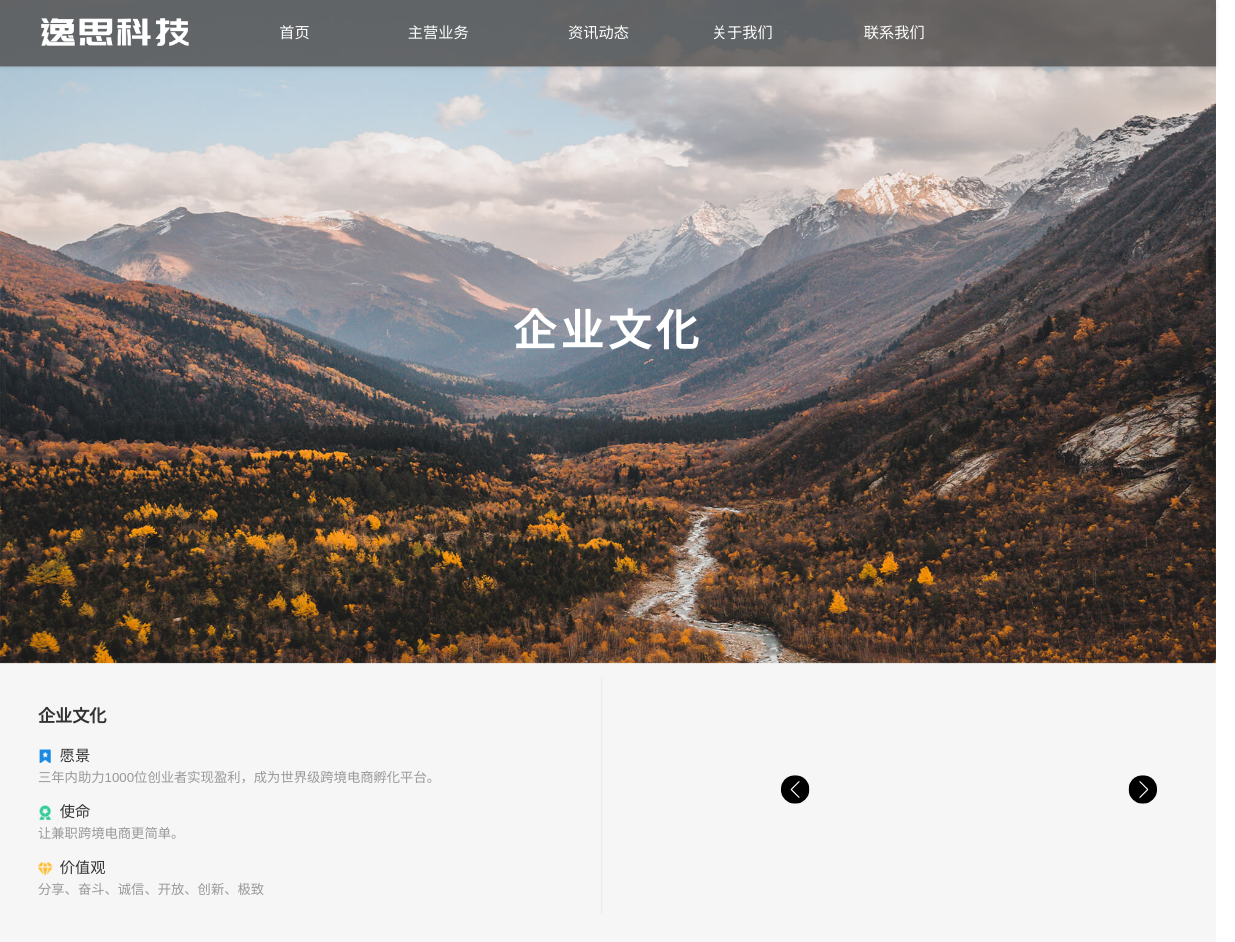
Repository: masterzhang/ztn
Page: brief3.html
An editor plug-in stored every save of this project. The page is shown before and after the next save, followed by the edit.
The browser window is 1280 px wide. The page is 1300 px wide, so the pictures cover 1300 px, including what lies to the right of the window. The pictures show the part of the page from y = 0 to 992 px (the page is 1866 px tall before and 1916 px after), at 95% of full size.
Pictures or frames that could not be fetched are drawn as grey boxes.

Above is the page before, as saved 2021-11-25 15:38:50.
Console error: TypeError: Cannot read properties of undefined (reading 'top')
Not found: 企业文化-全球跨境电商基础设施服务商_files/db6122a6ebe279051ddbcbc2a69cfa87.png

### brief3.html
<!DOCTYPE html
  PUBLIC "-//W3C//DTD XHTML 1.0 Transitional//EN" "http://www.w3.org/TR/xhtml1/DTD/xhtml1-transitional.dtd">
<!-- saved from url=(0032)https://www.ztn.com/culture.html -->
<html xmlns="http://www.w3.org/1999/xhtml">

<head>
  <meta http-equiv="Content-Type" content="text/html; charset=UTF-8">


  <meta http-equiv="X-UA-Compatible" content="IE=edge,chrome=1">
  <meta name="viewport"
    content="width=device-width, user-scalable=yes, initial-scale=0.2, maximum-scale=1.0, minimum-scale=0.2">
  <title>逸思科技-跨境电商孵化平台</title>
  <link href="/css/favicon.ico" rel="shortcut icon">
  <link rel="stylesheet" type="text/css" href="/css/settings.css">
  <link rel="stylesheet" type="text/css" href="/css/responsive.css">
  <link rel="stylesheet" href="/css/korbin.css">
  <script type="text/javascript" src="/js/jquery-3.6.0.min.js"></script>
</head>

<body>

  <div class="head">
    <div class="logo">
      <h1 style="margin-left: 20px;">
        <img src="/self/images2/logo.png" alt="">
      </h1>
    </div>
    <div class="nav">
      <ul>
        <li> <a class="cnh " href="/"> 首页 </a> </li>
        <li> <a class="cnh  arr " href="javascript:void(0);"> 主营业务 </a>
          <div class="sub">
            <a href="/oversea.html"> 业务模式</a>
          </div>
        </li>
        <li> <a class="cnh" href="/news.html"> 资讯动态 </a>
        </li>
        <li> <a class="cnh  arr " href="javascript:void(0);"> 关于我们 </a>
          <div class="sub">
            <a href="/brief2.html"> 企业介绍</a>
            <a href="/brief.html"> 企业发展</a>
            <a href="/culture.html"> 企业地图</a>
            <a href="/brief3.html"> 企业文化</a>
          </div>
        </li>
        <li> <a class="cnh arr" href="/contact.html"> 联系我们 </a>
          <div class="sub">
            <a href="/jobs.html"> 加入我们</a>
            <a href="/contact.html"> 联系我们</a>
          </div>
        </li>
      </ul>
    </div>
  </div>

  <link rel="stylesheet" type="text/css" href="/css/swiper.min.css">

  <div class="PageMain" style="background: #f6f6f6;">
    <div class="bannerInpicx juzhong">
      <img style="width: 100%;" src="/self/images2/企业文化顶图.jpg">
      <p class="ztculture">企业文化</p>
    </div>
    <div class="pagemian">
      <div class="pagemian_swiper">
        <div class="pagemian_swiper_left">
          <h3 class="culture_title">企业文化</h3>
          <div class="culture_line">
            <p class="cultureTilte"><img src="/images/58065b8d337ec5f1d0058ac9f7bae79c.png"> 愿景</p>
            <p class="cultureJie">三年内助力1000位创业者实现盈利，成为世界级跨境电商孵化平台。</p>
          </div>
          <div class="culture_line">
            <p class="cultureTilte"><img src="/images/d44f9d1443049c06d1db48b1de49cf1c.png"> 使命</p>
            <p class="cultureJie">让兼职跨境电商更简单。</p>
          </div>
          <div class="culture_line">
            <p class="cultureTilte"><img src="/images/1cdfa37ff9de252cab676b4e3ab49286.png"> 价值观</p>
            <p class="cultureJie">分享、奋斗、诚信、开放、创新、极致</p>
          </div>

        </div>
        <div class="pagemian_swiper_right">
          <div class="runbobox">
            <div class="swiper-container swiper-container-horizontal" style="width: 100%;height: 100%;">
              <div class="swiper-wrapper" style="transition-duration: 0ms; transform: translate3d(-832px, 0px, 0px);">
                <div class="swiper-slide swiper-slide-duplicate" data-swiper-slide-index="3" style="width: 416px;">
                  <div class="swiperImg"><img style="width: 100%;"
                      src="./企业文化-全球跨境电商基础设施服务商_files/db6122a6ebe279051ddbcbc2a69cfa87.png"></div>
                  <p class="swiper_cur_tltie">共赢</p>
                  <p class="swiper_cur_notice">相互成就 互信合作 共生共长</p>
                </div>
              </div>

              <!-- 如果需要导航按钮 -->
              <div class="swiper-button-prev" tabindex="0" role="button" aria-label="Previous slide"></div>
              <div class="swiper-button-next" tabindex="0" role="button" aria-label="Next slide"></div>
              <span class="swiper-notification" aria-live="assertive" aria-atomic="true"></span>
            </div>
          </div>
        </div>
      </div>
    </div>

    <div class="cultureClassifica">
      <div class="cultureClassifica_first">
        <div class="cultureClassifica_first_left"
          style="background: url(&#39;/upload/banner/20210730/3f0fda0d31df53f7d490ee0798418f20.png&#39;) no-repeat;background-size: 100% 100%;">

          <p class="cultureClassificaTitle">价值观代言人</p>
          <div class="cultureDetailebox">
            <div class="cultureDetaile">
              <p>价值观代言人</p>
              <p>TA们是集团核心价值观的代言人，带领多位宝藏纵腾人成团出道，让文化接棒，践行核心价值观！让价值闪耀，凝聚纵人精气神！</p>
            </div>
          </div>

        </div>
        <div class="cultureClassifica_first_right"
          style="background: url(&#39;/upload/banner/20210730/8bacadef94ca0032fbed712d2b4fc857.png&#39;) no-repeat;background-size: 100% 100%;">
          <p class="cultureClassificaTitle">宝藏纵腾人</p>
          <div class="cultureDetailebox">
            <div class="cultureDetaile">
              <p>宝藏纵腾人</p>
              <p>TA们是践行集团核心价值观的标杆榜样，是价值观的具象表现，是看得见摸得着的价值载体，如同宝藏，闪耀纵腾。 </p>
            </div>
          </div>
        </div>
      </div>
      <div class="cultureClassifica_seceond">
        <div class="cultureClassifica_seceond_right"
          style="width: 100%;background: url(&#39;/upload/banner/20210730/4e8b6aaff991442b1dc90254697e5b07.png&#39;) no-repeat;background-size: 100% 100%;">
          <p class="cultureClassificaTitle">文化周边</p>
          <div class="cultureDetailebox">
            <div class="cultureDetaile">
              <p>文化周边</p>
              <p>文化周边产品是纵腾企业文化的别样体现，带有潮流文化的态度与理念，围绕纵腾文化精心打造了价值观文化衫、帆布袋、员工笔记本、员工便利贴等产品，展现纵腾文化力。</p>
            </div>
          </div>
        </div>
      </div>

      <div class="cultureClassifica_three">
        <div class="cultureClassifica_first_right yuangongGuanhuai"
          style="background: url(&#39;/upload/banner/20210730/6ef6c43417532fb5c79c0cdc8f4ac51c.png&#39;) no-repeat;background-size: 100% 100%;">
          <p class="cultureClassificaTitle">员工关怀</p>
          <div class="cultureDetailebox">
            <div class="cultureDetaile">
              <p>员工关怀</p>
              <p>趣味十足且具备仪式感的员工关怀活动，提升员工对集团的归属感及认同感，增强集团凝聚力，促进企业文化健康发展。</p>
            </div>
          </div>
        </div>
        <div class="cultureClassifica_first_left ballYuangong"
          style="background: url(&#39;/upload/banner/20210730/da8fa69e2b4f1c408cf37126f9adbadb.png&#39;) no-repeat;background-size: 100% 100%;">
          <p class="cultureClassificaTitle">员工俱乐部</p>
          <div class="cultureDetailebox">
            <div class="cultureDetaile">
              <p>员工俱乐部</p>
              <p>关爱员工身心健康，丰富业余文化生活，篮球俱乐部、羽毛球俱乐部、乒乓球俱乐部、桌球俱乐部、电竞俱乐部、桌游俱乐部，一应俱全，让员工生活充满小惊喜。</p>
            </div>
          </div>
        </div>
      </div>
    </div>

  </div>

  <script src="/js/swiper.min.js"></script>
  <!-- 数字滚动 -->
  <script type="text/javascript" src="/js/TweenLite.min.js"></script>
  <script type="text/javascript" src="/js/lem_counter.js"></script>

  <script type="text/javascript">
    $(function () {
      //窗口显示才加载
      var wrapTop = $(".digital").offset().top;
      var istrue = true;
      $(window).on("scroll",
        function () {
          var s = $(window).scrollTop();
          if (s > wrapTop - 600 && istrue) {
            $('.counter-numb').lemCounter();
            istrue = false;
          };
        });

    })
  </script>
  <script type="text/javascript">
    var mySwiper = new Swiper('.swiper-container', {
      autoplay: true,
      disableOnInteraction: false,
      autoplayDisableOnInteraction: false,//这个加了没啥用
      on: {
        slideChangeTransitionEnd: function () {
          this.autoplay.start();//就加这个玩意儿
        },
      },
      //direction: 'vertical', // 垂直切换选项
      loop: true, // 循环模式选项
      // 如果需要前进后退按钮
      navigation: {
        nextEl: '.swiper-button-next',
        prevEl: '.swiper-button-prev',
      },
      // 如果需要滚动条
    })
  </script>


  <div class="footer" style="clear: both">
    <div class="wrapperKn" style="width: 1300px;">
      <div class="foot_nav">
        <div class="box footlogo" style="align-items: flex-start;">
          <img src="/self/images2/logo.png" alt="">
        </div>
        <div class="box">
          <h3>首页</h3>
          <ul class="list">
            <li><a href="https://www.ztn.com/oversea.html">业务模式</a></li>
          </ul>
        </div>
        <div class="box">
          <h3>主营业务</h3>
          <ul class="list">
            <li><a href="https://www.ztn.com/oversea.html">业务模式</a></li>
          </ul>
        </div>
        <div class="box">
          <h3>咨询动态</h3>
        </div>
        <div class="box">
          <h3>关于我们</h3>
          <ul class="list">
            <li><a href="https://www.goodcang.com/" target="_blank">企业介绍</a></li>
            <li><a href="https://www.yunexpress.cn/" target="_blank">企业发展</a></li>
            <li><a href="https://www.gotenchina.com/" target="_blank">企业地图</a></li>
            <li><a href="https://www.miworldtech.com/">企业文化</a></li>
          </ul>
        </div>
        <div class="box">
          <h3>联系我们</h3>
          <ul class="list">
            <li><a href="https://www.goodcang.com/" target="_blank">联系我们</a></li>
            <li><a href="https://www.yunexpress.cn/" target="_blank">加入我们</a></li>
          </ul>
        </div>
        <div class="box qrcodebox" style="width: auto;">
          <div class="qrcode">
            <h5>微信公众号</h5>
            <img src="/self/images2/qrcode.jpg" alt="" width="150px">
          </div>
        </div>
      </div>
    </div>
  </div>

  <script type="text/javascript" src="/js/korbin.js"></script>

  <div>
    <div
      style="display: none; position: fixed; top: 30px; width: auto; max-width: 100%; text-align: center; left: 50%; transform: translateX(-50%); z-index: 99999999;">
      <div
        style="display: inline-block; font-size: 14px; font-weight: bold; border: 1px solid rgb(240, 195, 109); background-color: rgb(249, 237, 190); padding: 0px 10px; border-radius: 2px; box-shadow: rgba(0, 0, 0, 0.2) 0px 2px 4px;">
      </div>
    </div>
  </div>
</body>

</html>

### js/lem_counter.js
/******/ (function(modules) { // webpackBootstrap
/******/ 	// The module cache
/******/ 	var installedModules = {};
/******/
/******/ 	// The require function
/******/ 	function __webpack_require__(moduleId) {
/******/
/******/ 		// Check if module is in cache
/******/ 		if(installedModules[moduleId]) {
/******/ 			return installedModules[moduleId].exports;
/******/ 		}
/******/ 		// Create a new module (and put it into the cache)
/******/ 		var module = installedModules[moduleId] = {
/******/ 			i: moduleId,
/******/ 			l: false,
/******/ 			exports: {}
/******/ 		};
/******/
/******/ 		// Execute the module function
/******/ 		modules[moduleId].call(module.exports, module, module.exports, __webpack_require__);
/******/
/******/ 		// Flag the module as loaded
/******/ 		module.l = true;
/******/
/******/ 		// Return the exports of the module
/******/ 		return module.exports;
/******/ 	}
/******/
/******/
/******/ 	// expose the modules object (__webpack_modules__)
/******/ 	__webpack_require__.m = modules;
/******/
/******/ 	// expose the module cache
/******/ 	__webpack_require__.c = installedModules;
/******/
/******/ 	// define getter function for harmony exports
/******/ 	__webpack_require__.d = function(exports, name, getter) {
/******/ 		if(!__webpack_require__.o(exports, name)) {
/******/ 			Object.defineProperty(exports, name, {
/******/ 				configurable: false,
/******/ 				enumerable: true,
/******/ 				get: getter
/******/ 			});
/******/ 		}
/******/ 	};
/******/
/******/ 	// getDefaultExport function for compatibility with non-harmony modules
/******/ 	__webpack_require__.n = function(module) {
/******/ 		var getter = module && module.__esModule ?
/******/ 			function getDefault() { return module['default']; } :
/******/ 			function getModuleExports() { return module; };
/******/ 		__webpack_require__.d(getter, 'a', getter);
/******/ 		return getter;
/******/ 	};
/******/
/******/ 	// Object.prototype.hasOwnProperty.call
/******/ 	__webpack_require__.o = function(object, property) { return Object.prototype.hasOwnProperty.call(object, property); };
/******/
/******/ 	// __webpack_public_path__
/******/ 	__webpack_require__.p = "";
/******/
/******/ 	// Load entry module and return exports
/******/ 	return __webpack_require__(__webpack_require__.s = 0);
/******/ })
/************************************************************************/
/******/ ([
/* 0 */
/***/ (function(module, exports, __webpack_require__) {

"use strict";
/*
 Version: 1.0.0
 Author: lemehovskiy
 Website: http://lemehovskiy.github.io
 Repo: https://github.com/lemehovskiy/lem_counter
 */



var _typeof = typeof Symbol === "function" && typeof Symbol.iterator === "symbol" ? function (obj) { return typeof obj; } : function (obj) { return obj && typeof Symbol === "function" && obj.constructor === Symbol && obj !== Symbol.prototype ? "symbol" : typeof obj; };

var _createClass = function () { function defineProperties(target, props) { for (var i = 0; i < props.length; i++) { var descriptor = props[i]; descriptor.enumerable = descriptor.enumerable || false; descriptor.configurable = true; if ("value" in descriptor) descriptor.writable = true; Object.defineProperty(target, descriptor.key, descriptor); } } return function (Constructor, protoProps, staticProps) { if (protoProps) defineProperties(Constructor.prototype, protoProps); if (staticProps) defineProperties(Constructor, staticProps); return Constructor; }; }();

function _classCallCheck(instance, Constructor) { if (!(instance instanceof Constructor)) { throw new TypeError("Cannot call a class as a function"); } }

(function ($) {
    var LemCounter = function () {
        function LemCounter(element, options) {
            _classCallCheck(this, LemCounter);

            var self = this;

            //extend by function call
            self.settings = $.extend(true, {
                value_from: 0,
                value_to: 0,
                locale: false,
                value_to_from_content: false,
                animate_duration: 2
            }, options);

            self.$element = $(element);

            self.to_fixed_digits = 0;

            //extend by data options
            self.data_options = self.$element.data('lem-counter');
            self.settings = $.extend(true, self.settings, self.data_options);

            //value to from content
            if (self.settings.value_to_from_content) {
                //check if number and remove commas
                if (!isNaN(self.$element.text().replace(/,/g, ''))) {
                    self.settings = $.extend(true, self.settings, {
                        value_to: Number(self.$element.text().replace(/,/g, ''))
                    });
                }
            }

            //set start value
            self.counter_helper = { val: self.settings.value_from };

            self.init();
        }

        _createClass(LemCounter, [{
            key: 'init',
            value: function init() {

                var self = this;

                var counter_to = self.settings.value_to;

                //check if number is float
                if (isFloat(counter_to)) {
                    var string_counter_val_to = counter_to.toString();

                    self.to_fixed_digits = string_counter_val_to.substr(string_counter_val_to.indexOf('.') + 1).length;
                }

                TweenLite.to(self.counter_helper, self.settings.animate_duration, {
                    val: counter_to,
                    onUpdate: updateHandler,
                    ease: Linear.easeNone,
                    onComplete: function onComplete() {
                        self.$element.trigger('onComplete.lc');
                    }
                });

                function isFloat(n) {
                    return Number(n) === n && n % 1 !== 0;
                }

                function updateHandler() {
                    var value = self.counter_helper.val;

                    var num = value.toFixed(self.to_fixed_digits);

                    var num_locale = 0;

                    if (self.to_fixed_digits == 0) {
                        num_locale = parseInt(num);
                    } else {
                        num_locale = parseFloat(num);
                    }

                    if (self.settings.locale) {
                        num_locale = num_locale.toLocaleString(self.settings.locale, { maximumFractionDigits: self.to_fixed_digits });
                    }

                    self.$element.text(num_locale);
                }
            }
        }]);

        return LemCounter;
    }();

    $.fn.lemCounter = function () {
        var $this = this,
            opt = arguments[0],
            args = Array.prototype.slice.call(arguments, 1),
            length = $this.length,
            i = void 0,
            ret = void 0;
        for (i = 0; i < length; i++) {
            if ((typeof opt === 'undefined' ? 'undefined' : _typeof(opt)) == 'object' || typeof opt == 'undefined') $this[i].lem_counter = new LemCounter($this[i], opt);else ret = $this[i].lem_counter[opt].apply($this[i].lem_counter, args);
            if (typeof ret != 'undefined') return ret;
        }
        return $this;
    };
})(jQuery);

/***/ })
/******/ ]);

### js/korbin.js
/**
 *
 * @authors Korbin 280674094@qq.com
 * @date    2019-04-24 17:04:26
 * @version $Id$
 */

$(function(){

	$(".coordinate-item").hover(function(){
		$(this).find(".city-name").stop().animate({bottom:'40px',opacity:'0'},260,function(){
			$(this).hide();
		});
		$(this).find(".warehouse-detail").show().stop().animate({bottom:'26px',opacity:'1'},200);
	},function(){
		$(this).find(".warehouse-detail").stop().animate({bottom:'50px',opacity:'0'},200,function(){
			$(this).hide();
		});
		$(this).find(".city-name").show().stop().animate({bottom:'26px',opacity:'1'},260);
	});

	$(".coordinate-item").hover(function(){
		$(this).find(".warehouse_dright").show().stop().animate({left:'22px',opacity:'1'},200);
	},function(){
		$(this).find(".warehouse_dright").stop().animate({left:'50px',opacity:'0'},200,function(){
			$(this).hide();
		});

	});

	$(".switchFunc .tabT .box span").click(function(){
		$(this).addClass('curr').siblings().removeClass('curr');
	    var index = $(this).index();
	    var ip = $(this).parents('li');
	    number = index;
	    ip.find('.switchBody .item').hide();
	    ip.find('.switchBody .item:eq('+index+')').show();
	    var title = $(this).parents('.switchBrandLogo');
	    title.find('.showtp').text($(this).text());
	    title.find('.showtp').removeClass('active');
	    title.find('.box').slideUp('fast');
	});

	$('.switchBrandLogo .showtp').click(function(){
		$(this).parent().find('.box').stop().toggle();
		if($(this).hasClass('active')){
			$(this).removeClass('active')
		}else{
			$(this).addClass('active')
		}
	})

	// 视频新增与修改
	$('body').on('click','.playShade',function(){
		$(this).parent('.videoInner').addClass('videoPlay');
		document.getElementById('ourvideo').play();
		$(this).hide();
	});

	$('body').on('click','.closeVideoBtn',function(){
		document.getElementById('ourvideo').pause();
		$(this).parent('.videoInner').removeClass('videoPlay');
		$(this).parent('.videoInner').find('.playShade').show();
	});
	// video end

	$(".Ellipsis").each(function (i) {
        var divH = $(this).height();
        var $p = $(".gt", $(this)).eq(0);
        while ($p.outerHeight() > divH) {
          $p.text($p.text().replace(/(\s)*([a-zA-Z0-9]+|\W)(\.\.\.)?$/, "..."));
        };
      });

})

Loaded but not shown: css/settings.css (library); css/responsive.css (library); css/korbin.css (library); js/jquery-3.6.0.min.js (library); css/swiper.min.css (library); js/swiper.min.js (library); js/TweenLite.min.js (library)

After the next save:
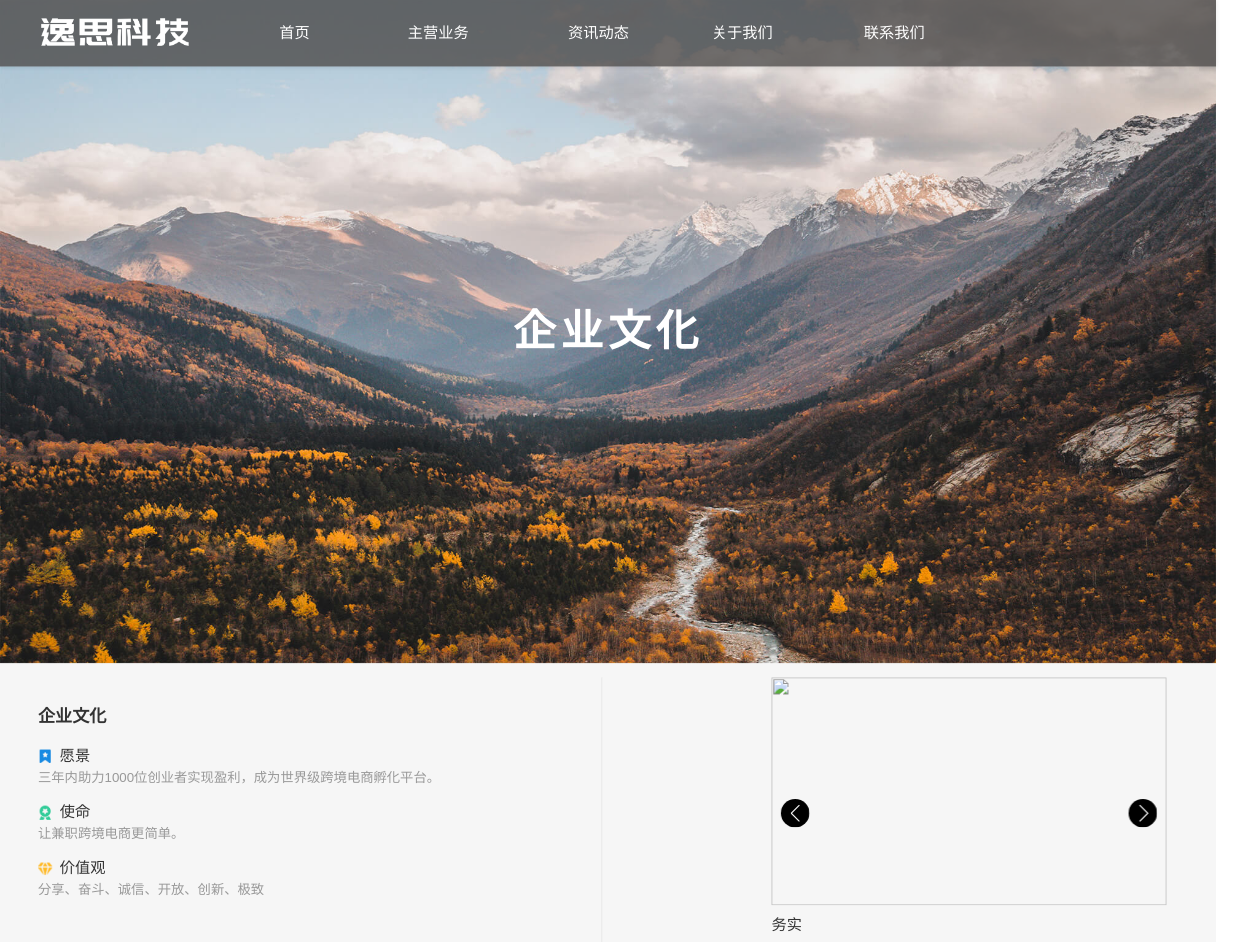
Not found: 企业文化-全球跨境电商基础设施服务商_files/123c20e3f3c8f171aed5647b15236092.png
Not found: 企业文化-全球跨境电商基础设施服务商_files/9be2aa0022f633a4f3c284b4156d715c.png
Not found: 企业文化-全球跨境电商基础设施服务商_files/da54c89f8122b36e4ef93d0ea8de5840.png
Saved 8 s later.
--- a/brief3.html
+++ b/brief3.html
@@ -88,6 +88,37 @@
                       src="./企业文化-全球跨境电商基础设施服务商_files/db6122a6ebe279051ddbcbc2a69cfa87.png"></div>
                   <p class="swiper_cur_tltie">共赢</p>
                   <p class="swiper_cur_notice">相互成就 互信合作 共生共长</p>
+                </div>
+                <div class="swiper-slide swiper-slide-prev" data-swiper-slide-index="0" style="width: 416px;">
+                  <div class="swiperImg"><img style="width: 100%;"
+                      src="./企业文化-全球跨境电商基础设施服务商_files/da54c89f8122b36e4ef93d0ea8de5840.png"></div>
+                  <p class="swiper_cur_tltie">尊重</p>
+                  <p class="swiper_cur_notice">以人文本 珍视员工 平等互利</p>
+                </div>
+                <div class="swiper-slide swiper-slide-active" data-swiper-slide-index="1" style="width: 416px;">
+                  <div class="swiperImg"><img style="width: 100%;"
+                      src="./企业文化-全球跨境电商基础设施服务商_files/123c20e3f3c8f171aed5647b15236092.png"></div>
+                  <p class="swiper_cur_tltie">务实</p>
+                  <p class="swiper_cur_notice">聚焦专注 实事求是 自我闭环</p>
+                </div>
+                <div class="swiper-slide swiper-slide-next" data-swiper-slide-index="2" style="width: 416px;">
+                  <div class="swiperImg"><img style="width: 100%;"
+                      src="./企业文化-全球跨境电商基础设施服务商_files/9be2aa0022f633a4f3c284b4156d715c.png"></div>
+                  <p class="swiper_cur_tltie">卓越</p>
+                  <p class="swiper_cur_notice">满怀激情 持续创新 追求极致</p>
+                </div>
+                <div class="swiper-slide" data-swiper-slide-index="3" style="width: 416px;">
+                  <div class="swiperImg"><img style="width: 100%;"
+                      src="./企业文化-全球跨境电商基础设施服务商_files/db6122a6ebe279051ddbcbc2a69cfa87.png"></div>
+                  <p class="swiper_cur_tltie">共赢</p>
+                  <p class="swiper_cur_notice">相互成就 互信合作 共生共长</p>
+                </div>
+                <div class="swiper-slide swiper-slide-duplicate swiper-slide-duplicate-prev" data-swiper-slide-index="0"
+                  style="width: 416px;">
+                  <div class="swiperImg"><img style="width: 100%;"
+                      src="./企业文化-全球跨境电商基础设施服务商_files/da54c89f8122b36e4ef93d0ea8de5840.png"></div>
+                  <p class="swiper_cur_tltie">尊重</p>
+                  <p class="swiper_cur_notice">以人文本 珍视员工 平等互利</p>
                 </div>
               </div>
 
